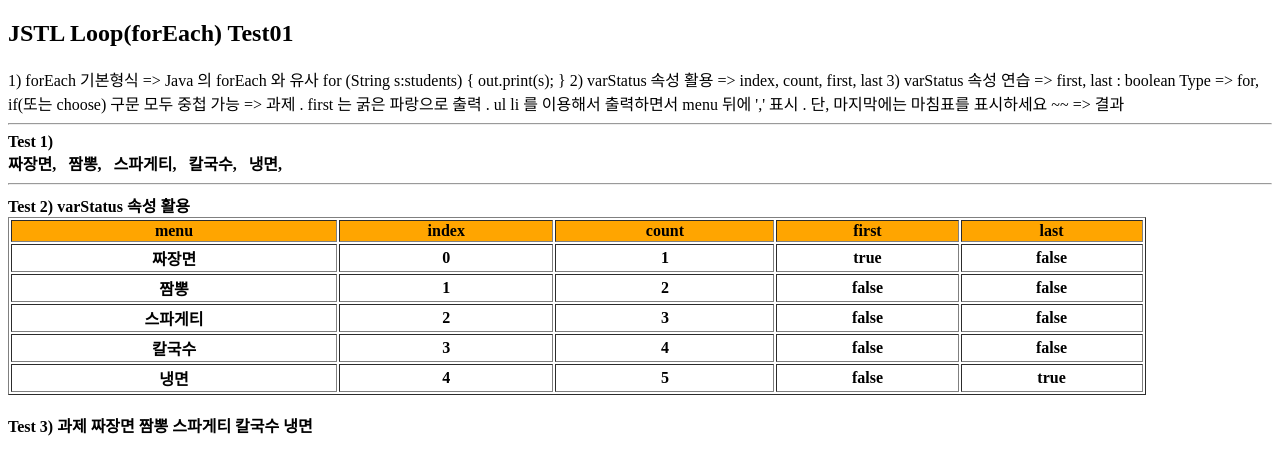
Repository: nameground/Java
Page: http://localhost/Web01/jsp05_JSTL/ex03_For01.jsp
An editor plug-in stored every save of this project. The page is shown before and after the next save, followed by the edit.
The browser window is 1280 px wide. The pictures show the whole page.
The page is served by Tomcat 9. Nobody is signed in. The application's start-up code is not run.

Above is the page before, as saved 2023-10-13 08:05:02.

After the next save:
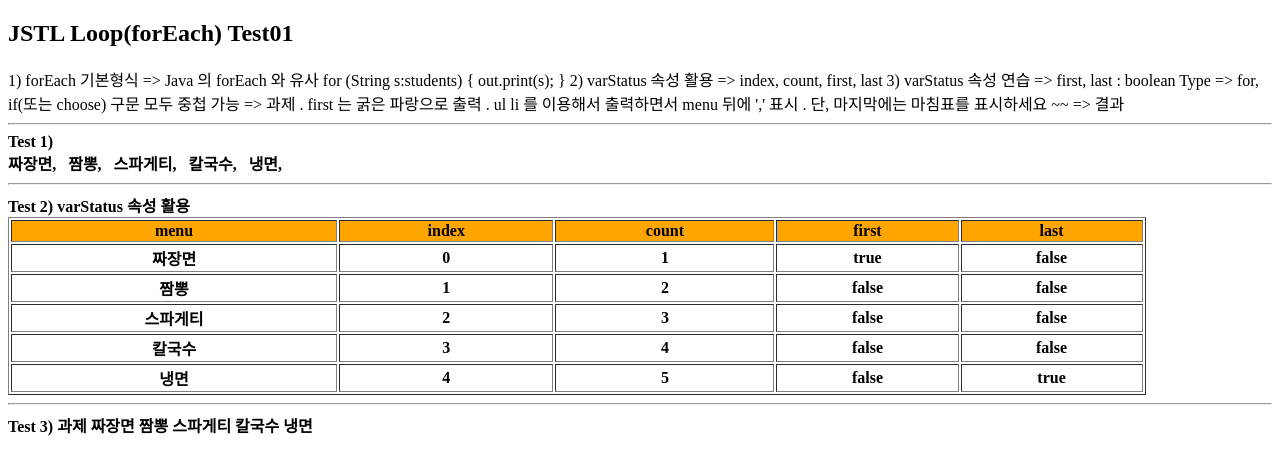
Saved 14 s later.
--- a/mTest/Mywork/Web01/src/main/webapp/jsp05_JSTL/ex03_For01.jsp
+++ b/mTest/Mywork/Web01/src/main/webapp/jsp05_JSTL/ex03_For01.jsp
@@ -54,7 +54,7 @@ Test 2) varStatus 속성 활용
 		</tr>
 	</c:forEach>
 </table>
-<br>
+<hr>
 Test 3) 과제
 <c:forEach var="menu" items="${menuList}">
 	${menu }
